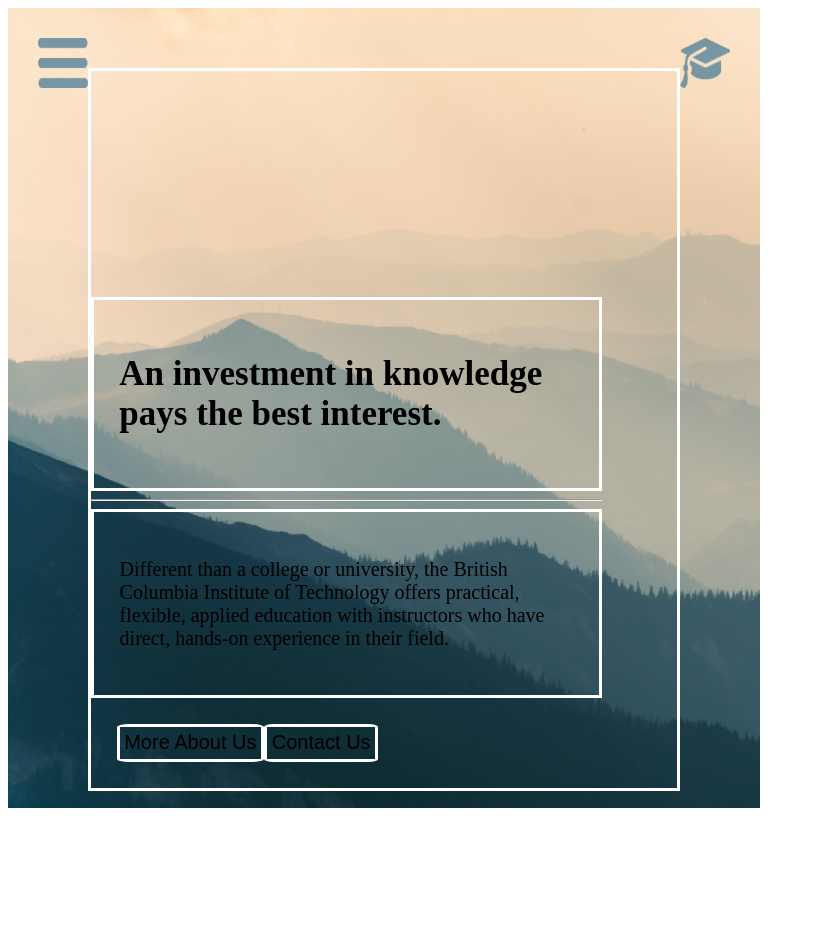
Repository: sierralaurent/MDIA2109-Assignment01
Page: /
These files come from the project's save history. The page is drawn as it stood at one moment and after the next save; the edit follows.
The browser window is 768 px wide. The page is 823 px wide, so the pictures cover 823 px, including what lies to the right of the window. The pictures show the whole page.
The project was rebuilt for these pictures with package versions that can differ from the ones it lists, and the page was loaded fresh each time. The framework's server and built-in components were replaced by stand-ins that run in the browser. Also part of the build but not shown: next.config.js.

Above is the page before, as saved 2023-02-05 13:10:17.

After the next save:
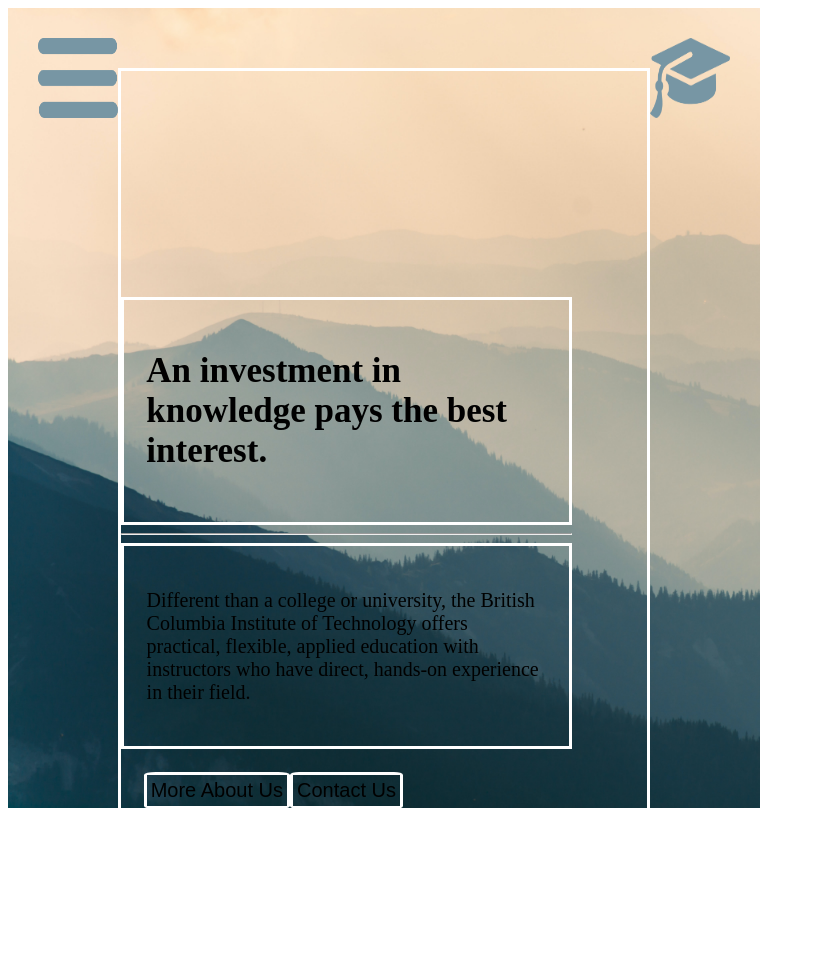
Saved 10 s later.
--- a/styles/Home.module.css
+++ b/styles/Home.module.css
@@ -120,12 +120,12 @@
       font-size: 20px;
     }
     .icon1 {
-      width: 50px;
-      height: 50px;
+      width: 80px;
+      height: 80px;
     }
     .icon2 {
-      width: 50px;
-      height: 50px;
+      width: 80px;
+      height: 80px;
     }
 }
 
